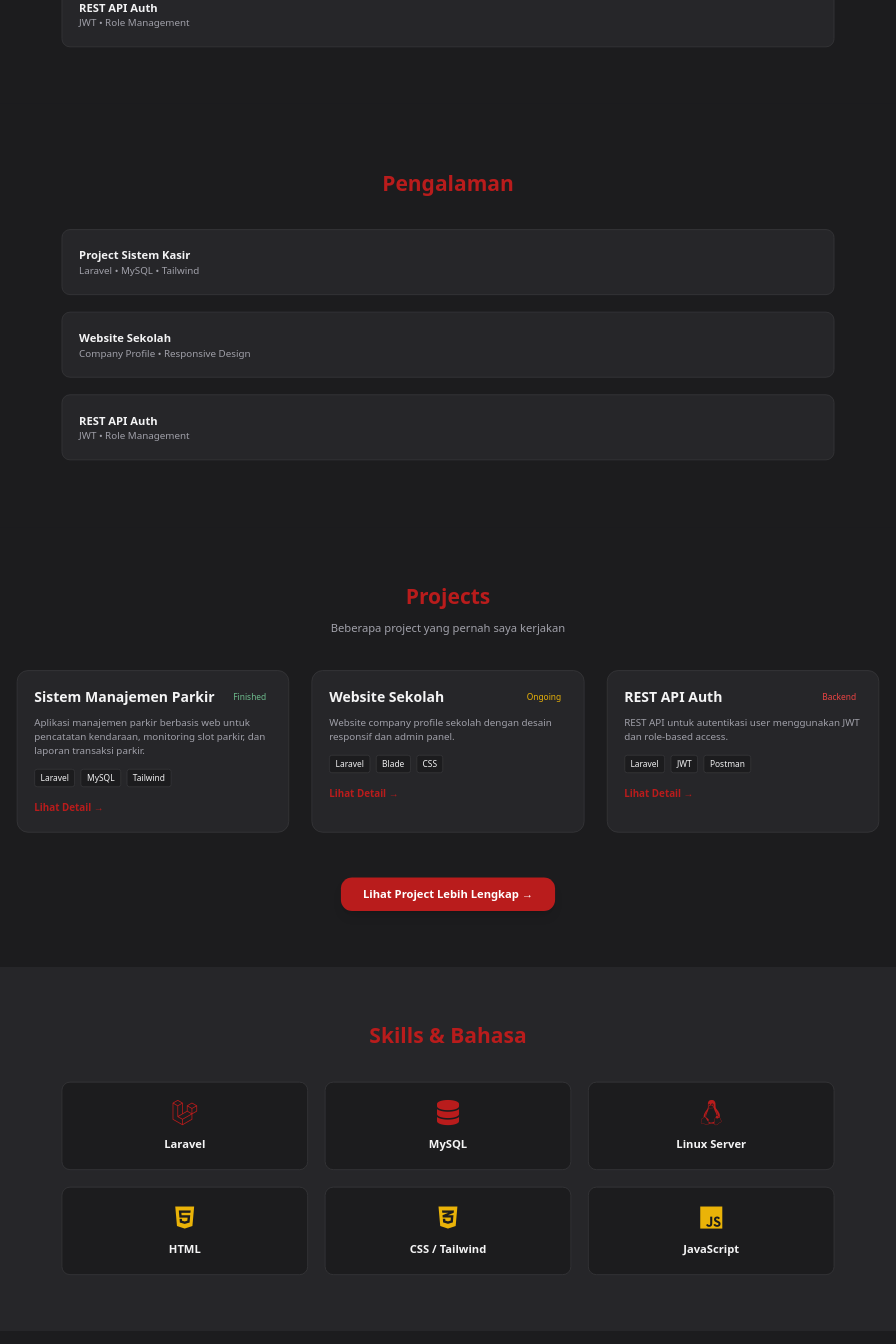
Repository: Fadlan079/Personal-Portfolio
Page: http://localhost/
The author's editor kept a copy of each file at every save. The page is drawn from the files as they stood at one save, then again after the next save.
The browser window is 1280 px wide. The pictures show the part of the page from y = 1418 to 3338 px (the page is 4366 px tall before and 4636 px after), at 70% of full size.
Some web libraries are served in a nearby version. The page is served by the project's Laravel application, run on PHP 8.4 with Laravel 12. Other server files are loaded and not shown.

Above is the page before, as saved 2026-01-15 09:14:18.

### routes/web.php
<?php

use Illuminate\Support\Facades\Route;
use App\Http\Controllers\ProjectController;

// Route::get('/', function () {
//     return view('welcome');
// });

Route::get('/', function () {
    return view('portofolio');
});

// Route::get('/project', function () {
//     return view('project');
// });

Route::get('/project', [ProjectController::class, 'index']);

### resources/views/portofolio.blade.php
<!DOCTYPE html>
<html lang="id">
<head>
  <meta charset="UTF-8" />
  <meta name="viewport" content="width=device-width, initial-scale=1.0" />
  <title>Portfolio | Fadlan</title>
  <script src="https://cdn.tailwindcss.com"></script>
  <link rel="stylesheet" href="https://cdnjs.cloudflare.com/ajax/libs/font-awesome/6.5.1/css/all.min.css"/>
  <script>
    tailwind.config = {
      theme: {
        extend: {
          colors: {
            bg: 'var(--color-bg)',
            surface: 'var(--color-surface)',
            border: 'var(--color-border)',
            text: 'var(--color-text)',
            muted: 'var(--color-muted)',
            primary: 'var(--color-primary)',
            success: 'var(--color-success)',
            danger: 'var(--color-danger)',
            warning: 'var(--color-warning)',
          }
        }
      }
    }
  </script>
  <style>
    :root {
      --color-bg: #1c1c1e;
      --color-surface: #262629;
      --color-border: #3a3a3d;
      --color-text: #f4f4f5;
      --color-muted: #a1a1aa;
      --color-primary: #b91c1c;
      --color-success: #6fbf8f;
      --color-danger:  #ef4444;
      --color-warning: #eab308;
    }

    html {
      scroll-behavior: smooth;
    }

* {
  scrollbar-width: thin;
  scrollbar-color: #ef4444 transparent;
}

::-webkit-scrollbar {
  width: 10px;
}

::-webkit-scrollbar-track {
  background: transparent;
}

::-webkit-scrollbar-thumb {
  background: linear-gradient(
    180deg,
    #ef4444,
    #dc2626
  );
  border-radius: 999px;
  border: 2px solid transparent;
  background-clip: content-box;
}

::-webkit-scrollbar-thumb:hover {
  background: linear-gradient(
    180deg,
    #f87171,
    #ef4444
  );
}

  </style>
</head>

<body class="bg-bg text-text">
  <header> @include('components.header') </header>
  <main>
    <section id="home" class="relative min-h-screen flex items-center px-6 overflow-hidden">  @include('sections.hero')</section>
    <section id="about" class="py-20 bg-surface">@include('sections.about')</section>
    <section id="experience" class="py-20">@include('sections.experience')</section>
    <section id="education" class="py-24 bg-bg">@include('sections.experience')</section>
  </main>




<!-- Projects -->
<section id="projects" class="py-20 bg-bg">
  <div class="max-w-7xl mx-auto px-6">
    <h3 class="text-3xl font-bold text-center mb-4 text-primary">Projects</h3>
    <p class="text-muted text-center mb-12">
      Beberapa project yang pernah saya kerjakan
    </p>

    <div class="grid md:grid-cols-3 gap-8">

<!-- Project Card -->
<div class="bg-surface border border-border rounded-2xl p-6 hover:-translate-y-2 transition">
  <div class="flex justify-between items-center mb-3">
    <h4 class="text-xl font-semibold">Sistem Manajemen Parkir</h4>
    <span class="text-xs px-2 py-1 rounded bg-success/20 text-success">
      Finished
    </span>
  </div>

  <p class="text-muted text-sm mb-4">
    Aplikasi manajemen parkir berbasis web untuk pencatatan kendaraan,
    monitoring slot parkir, dan laporan transaksi parkir.
  </p>

  <!-- Tech Stack -->
  <div class="flex flex-wrap gap-2 text-xs mb-4">
    <span class="px-2 py-1 bg-bg border border-border rounded">Laravel</span>
    <span class="px-2 py-1 bg-bg border border-border rounded">MySQL</span>
    <span class="px-2 py-1 bg-bg border border-border rounded">Tailwind</span>
  </div>

  <!-- Action -->
  <a href="https://github.com/Fadlan079/Sistem-Manajemen-Parkir.git" class="text-primary text-sm font-semibold hover:underline">
    Lihat Detail →
  </a>
</div>


      <!-- Project Card -->
      <div class="bg-surface border border-border rounded-2xl p-6 hover:-translate-y-2 transition">
        <div class="flex justify-between items-center mb-3">
          <h4 class="text-xl font-semibold">Website Sekolah</h4>
          <span class="text-xs px-2 py-1 rounded bg-warning/20 text-warning">
            Ongoing
          </span>
        </div>

        <p class="text-muted text-sm mb-4">
          Website company profile sekolah dengan desain responsif
          dan admin panel.
        </p>

        <div class="flex flex-wrap gap-2 text-xs mb-4">
          <span class="px-2 py-1 bg-bg border border-border rounded">Laravel</span>
          <span class="px-2 py-1 bg-bg border border-border rounded">Blade</span>
          <span class="px-2 py-1 bg-bg border border-border rounded">CSS</span>
        </div>

        <a href="#" class="text-primary text-sm font-semibold hover:underline">
          Lihat Detail →
        </a>
      </div>

      <!-- Project Card -->
      <div class="bg-surface border border-border rounded-2xl p-6 hover:-translate-y-2 transition">
        <div class="flex justify-between items-center mb-3">
          <h4 class="text-xl font-semibold">REST API Auth</h4>
          <span class="text-xs px-2 py-1 rounded bg-danger/20 text-danger">
            Backend
          </span>
        </div>

        <p class="text-muted text-sm mb-4">
          REST API untuk autentikasi user menggunakan JWT
          dan role-based access.
        </p>

        <div class="flex flex-wrap gap-2 text-xs mb-4">
          <span class="px-2 py-1 bg-bg border border-border rounded">Laravel</span>
          <span class="px-2 py-1 bg-bg border border-border rounded">JWT</span>
          <span class="px-2 py-1 bg-bg border border-border rounded">Postman</span>
        </div>

        <a href="#" class="text-primary text-sm font-semibold hover:underline">
          Lihat Detail →
        </a>
      </div>

    </div>
    <!-- Button Lihat Project Lengkap -->
    <div class="mt-16 flex justify-center">
    <a
        href="project"
        class="px-8 py-3 rounded-2xl
            bg-primary text-white font-semibold
            hover:bg-primary/90 transition
            shadow-lg shadow-primary/20"
    >
        Lihat Project Lebih Lengkap →
    </a>
    </div>

  </div>
</section>


<!-- Skills -->
<section id="skills" class="py-20 bg-surface">
  <div class="max-w-6xl mx-auto px-6">
    <h3 class="text-3xl font-bold mb-12 text-primary text-center">Skills & Bahasa</h3>

    <div class="grid md:grid-cols-3 gap-6 text-center">
      <div class="bg-bg border border-border rounded-xl p-6">
        <i class="fa-brands fa-laravel text-4xl text-primary mb-3"></i>
        <h4 class="font-semibold">Laravel</h4>
      </div>
      <div class="bg-bg border border-border rounded-xl p-6">
        <i class="fa-solid fa-database text-4xl text-primary mb-3"></i>
        <h4 class="font-semibold">MySQL</h4>
      </div>
      <div class="bg-bg border border-border rounded-xl p-6">
        <i class="fa-brands fa-linux text-4xl text-primary mb-3"></i>
        <h4 class="font-semibold">Linux Server</h4>
      </div>
      <div class="bg-bg border border-border rounded-xl p-6">
        <i class="fa-brands fa-html5 text-4xl text-warning mb-3"></i>
        <h4 class="font-semibold">HTML</h4>
      </div>
      <div class="bg-bg border border-border rounded-xl p-6">
        <i class="fa-brands fa-css3-alt text-4xl text-warning mb-3"></i>
        <h4 class="font-semibold">CSS / Tailwind</h4>
      </div>
      <div class="bg-bg border border-border rounded-xl p-6">
        <i class="fa-brands fa-js text-4xl text-warning mb-3"></i>
        <h4 class="font-semibold">JavaScript</h4>
      </div>
    </div>
  </div>
</section>

<!-- Contact -->
<section id="contact" class="py-24 bg-bg">
  <div class="max-w-5xl mx-auto px-6">

    <!-- Heading -->
    <div class="text-center mb-14">
      <h3 class="text-4xl font-extrabold mb-3">
        Kontak <span class="text-primary">Saya</span>
      </h3>
      <p class="text-muted max-w-2xl mx-auto">
        Tertarik kerja sama, project freelance, atau diskusi seputar web & Laravel?
        Hubungi saya melalui platform di bawah ini.
      </p>
    </div>

    <!-- Contact Cards -->
    <div class="grid sm:grid-cols-2 gap-6">

      <!-- Email -->
      <a href="mailto:fadlanfirdaus220@gmail.com"
         class="group bg-surface border border-border rounded-2xl p-6
                flex items-center gap-5
                hover:border-primary hover:-translate-y-1 transition">
        <div class="w-14 h-14 rounded-xl flex items-center justify-center
                    bg-primary/20 text-primary text-xl">
          <i class="fa-solid fa-envelope"></i>
        </div>
        <div>
          <p class="text-sm text-muted">Email</p>
          <p class="font-semibold group-hover:text-primary transition">
            fadlanfirdaus220@gmail.com
          </p>
        </div>
      </a>

      <!-- GitHub -->
      <a href="https://github.com/Fadlan079" target="_blank"
         class="group bg-surface border border-border rounded-2xl p-6
                flex items-center gap-5
                hover:border-primary hover:-translate-y-1 transition">
        <div class="w-14 h-14 rounded-xl flex items-center justify-center
                    bg-primary/20 text-primary text-xl">
          <i class="fa-brands fa-github"></i>
        </div>
        <div>
          <p class="text-sm text-muted">GitHub</p>
          <p class="font-semibold group-hover:text-primary transition">
            github.com/Fadlan079
          </p>
        </div>
      </a>

      <!-- Phone -->
      <a href="tel:082210732928"
         class="group bg-surface border border-border rounded-2xl p-6
                flex items-center gap-5
                hover:border-primary hover:-translate-y-1 transition">
        <div class="w-14 h-14 rounded-xl flex items-center justify-center
                    bg-primary/20 text-primary text-xl">
          <i class="fa-solid fa-phone"></i>
        </div>
        <div>
          <p class="text-sm text-muted">WhatsApp / Phone</p>
          <p class="font-semibold group-hover:text-primary transition">
            0822-1073-2928
          </p>
        </div>
      </a>

      <!-- Instagram -->
      <a href="https://instagram.com/fdln007" target="_blank"
         class="group bg-surface border border-border rounded-2xl p-6
                flex items-center gap-5
                hover:border-primary hover:-translate-y-1 transition">
        <div class="w-14 h-14 rounded-xl flex items-center justify-center
                    bg-primary/20 text-primary text-xl">
          <i class="fa-brands fa-instagram"></i>
        </div>
        <div>
          <p class="text-sm text-muted">Instagram</p>
          <p class="font-semibold group-hover:text-primary transition">
            @fdln007
          </p>
        </div>
      </a>

    </div>

    <!-- CTA -->
    <div class="text-center mt-16">
      <p class="text-muted mb-4">
        Siap berkolaborasi dan membangun aplikasi bersama?
      </p>
      <a href="mailto:fadlanfirdaus220@gmail.com"
         class="inline-block px-8 py-3 bg-primary text-white
                rounded-2xl font-semibold
                hover:opacity-90 transition shadow-lg shadow-primary/30">
        Hubungi Sekarang
      </a>
    </div>

  </div>
</section>


<!-- Footer -->
<footer class="relative border-t border-border bg-bg">
  <!-- Glow -->
  <div class="absolute inset-0 -z-10">
    <div class="absolute bottom-0 left-1/2 -translate-x-1/2
                w-[400px] h-[400px]
                bg-primary/20 blur-[120px] rounded-full"></div>
  </div>

  <div class="max-w-7xl mx-auto px-6 py-14 grid gap-10 md:grid-cols-3">

    <!-- Brand -->
    <div>
      <h3 class="text-xl font-bold text-primary mb-3">Fadlan.dev</h3>
      <p class="text-muted leading-relaxed">
        Full Stack Developer yang fokus pada pengembangan
        aplikasi web modern menggunakan Laravel,
        frontend responsif, dan backend yang scalable.
      </p>
    </div>

    <!-- Quick Links -->
    <div>
      <h4 class="font-semibold mb-4 text-text">Quick Links</h4>
      <ul class="space-y-2 text-muted text-sm">
        <li>
          <a href="#home" class="hover:text-primary transition">Home</a>
        </li>
        <li>
          <a href="#projects" class="hover:text-primary transition">Projects</a>
        </li>
        <li>
          <a href="#contact" class="hover:text-primary transition">Contact</a>
        </li>
      </ul>
    </div>

    <!-- Social -->
    <div>
      <h4 class="font-semibold mb-4 text-text">Connect</h4>
      <div class="flex gap-4">
        <a href="https://github.com/Fadlan079" target="_blank"
           class="w-10 h-10 rounded-xl border border-border
                  flex items-center justify-center
                  text-muted hover:text-primary hover:border-primary
                  transition">
          <i class="fa-brands fa-github"></i>
        </a>
        <a href="https://instagram.com/fdln007" target="_blank"
           class="w-10 h-10 rounded-xl border border-border
                  flex items-center justify-center
                  text-muted hover:text-primary hover:border-primary
                  transition">
          <i class="fa-brands fa-instagram"></i>
        </a>
        <a href="mailto:fadlanfirdaus220@gmail.com"
           class="w-10 h-10 rounded-xl border border-border
                  flex items-center justify-center
                  text-muted hover:text-primary hover:border-primary
                  transition">
          <i class="fa-solid fa-envelope"></i>
        </a>
      </div>
    </div>

  </div>

  <!-- Bottom -->
  <div class="border-t border-border text-center py-4 text-muted text-sm">
    © 2026 <span class="text-text font-semibold">Fadlan Firdaus</span>.
    Built with <span class="text-primary">Laravel</span> & Tailwind CSS.
  </div>
</footer>


</body>
</html>

### resources/views/components/header.blade.php
<nav class="fixed w-full bg-bg/80 backdrop-blur border-b border-border z-50">
  <div class="max-w-7xl mx-auto px-6 py-4 flex justify-between items-center">
    <h1 class="text-xl font-bold text-primary">Fadlan.dev</h1>
    <ul class="flex gap-6 text-sm">
      <li class="relative group">
        <a href="#home">Home</a>
        <span class="absolute left-0 -bottom-1 h-[2px] w-0 bg-primary transition-all group-hover:w-full"></span>
      </li>
      <li class="relative group">
        <a href="#about">About</a>
        <span class="absolute left-0 -bottom-1 h-[2px] w-0 bg-primary transition-all group-hover:w-full"></span>
      </li>
      <li class="relative group">
        <a href="#experience">Experience</a>
        <span class="absolute left-0 -bottom-1 h-[2px] w-0 bg-primary transition-all group-hover:w-full"></span>
      </li>
        <li class="relative group">
        <a href="#projects">Project</a>
        <span class="absolute left-0 -bottom-1 h-[2px] w-0 bg-primary transition-all group-hover:w-full"></span>
      </li>
      <li class="relative group">
        <a href="#skills">Skills</a>
        <span class="absolute left-0 -bottom-1 h-[2px] w-0 bg-primary transition-all group-hover:w-full"></span>
      </li>
      <li class="relative group">
        <a href="#contact">Contact</a>
        <span class="absolute left-0 -bottom-1 h-[2px] w-0 bg-primary transition-all group-hover:w-full"></span>
      </li>
    </ul>
  </div>
</nav>

### resources/views/sections/about.blade.php
<div class="max-w-6xl mx-auto px-6">
<h3 class="text-3xl font-bold mb-6 text-primary">Tentang Saya</h3>
<p class="text-muted leading-relaxed max-w-3xl">
    Saya pelajar SMK jurusan PPLG dengan minat besar di bidang
    <strong>Full Stack Development</strong>. Terbiasa membangun aplikasi
    Laravel, REST API, database MySQL, serta deployment ke server Linux.
</p>
</div>

### resources/views/sections/experience.blade.php
<div class="max-w-6xl mx-auto px-6">
<h3 class="text-3xl font-bold mb-12 text-primary text-center">Pengalaman</h3>
<div class="space-y-6">
    <div class="bg-surface border border-border rounded-xl p-6">
    <h4 class="font-semibold">Project Sistem Kasir</h4>
    <p class="text-muted text-sm">Laravel • MySQL • Tailwind</p>
    </div>
    <div class="bg-surface border border-border rounded-xl p-6">
    <h4 class="font-semibold">Website Sekolah</h4>
    <p class="text-muted text-sm">Company Profile • Responsive Design</p>
    </div>
    <div class="bg-surface border border-border rounded-xl p-6">
    <h4 class="font-semibold">REST API Auth</h4>
    <p class="text-muted text-sm">JWT • Role Management</p>
    </div>
</div>
</div>

### resources/views/sections/education.blade.php
<div class="max-w-6xl mx-auto px-6">
<div class="mb-16 text-center">
    <h3 class="text-4xl font-extrabold">
    Pendidikan
    <span class="text-primary">Saya</span>
    </h3>
    <p class="text-muted mt-3 max-w-2xl mx-auto">
    Latar belakang pendidikan yang membentuk skill teknis
    dan minat saya di dunia pengembangan web.
    </p>
</div>

<div class="relative pl-8 md:pl-12">

    <div class="absolute left-3 top-0 h-full w-[2px] bg-border"></div>

    <div class="relative mb-12">
    <div class="absolute -left-[2px] top-2">
        <span
        class="block w-4 h-4 rounded-full bg-primary
                shadow-lg shadow-primary/40">
        </span>
    </div>
    <div
        class="bg-surface border border-border rounded-2xl p-6
                hover:-translate-y-1 transition"
    >
        <div class="flex flex-wrap items-center gap-3 mb-2">
        <h4 class="text-xl font-semibold">
            SMK – PPLG (Pengembangan Perangkat Lunak & Gim)
        </h4>
        <span
            class="text-xs px-3 py-1 rounded-full
                    bg-success/20 text-success"
        >
            Aktif
        </span>
        </div>

        <p class="text-sm text-muted mb-3">
        2023 – Sekarang
        </p>

        <p class="text-muted leading-relaxed">
        Mendalami pengembangan web modern dengan
        <strong class="text-text">Laravel</strong>,
        REST API, database MySQL, Tailwind CSS,
        serta deployment ke Linux server.
        </p>
    </div>
    </div>

    <div class="relative mb-12">
    <div class="absolute -left-[2px] top-2">
        <span
        class="block w-4 h-4 rounded-full bg-primary/70
                shadow-lg shadow-primary/30">
        </span>
    </div>

    <div
        class="bg-surface border border-border rounded-2xl p-6
                hover:-translate-y-1 transition"
    >
        <h4 class="text-xl font-semibold mb-1">
        Sekolah Menengah Pertama (SMP)
        </h4>

        <p class="text-sm text-muted mb-3">
        2020 – 2023
        </p>

        <p class="text-muted leading-relaxed">
        Mulai tertarik dengan dunia IT, komputer,
        dan belajar logika pemrograman dasar secara mandiri.
        </p>
    </div>
    </div>

    <div class="relative">
    <div class="absolute -left-[2px] top-2">
        <span
        class="block w-4 h-4 rounded-full bg-primary/40
                shadow-lg shadow-primary/20">
        </span>
    </div>

    <div
        class="bg-surface border border-border rounded-2xl p-6
                hover:-translate-y-1 transition"
    >
        <h4 class="text-xl font-semibold mb-1">
        Sekolah Dasar (SD)
        </h4>

        <p class="text-sm text-muted mb-3">
        2014 – 2020
        </p>

        <p class="text-muted leading-relaxed">
        Pendidikan dasar dan awal mengenal komputer
        serta teknologi digital.
        </p>
    </div>
    </div>

</div>
</div>

Loaded but not shown: resources/views/sections/hero.blade.php (143 lines, source omitted)

After the next save:
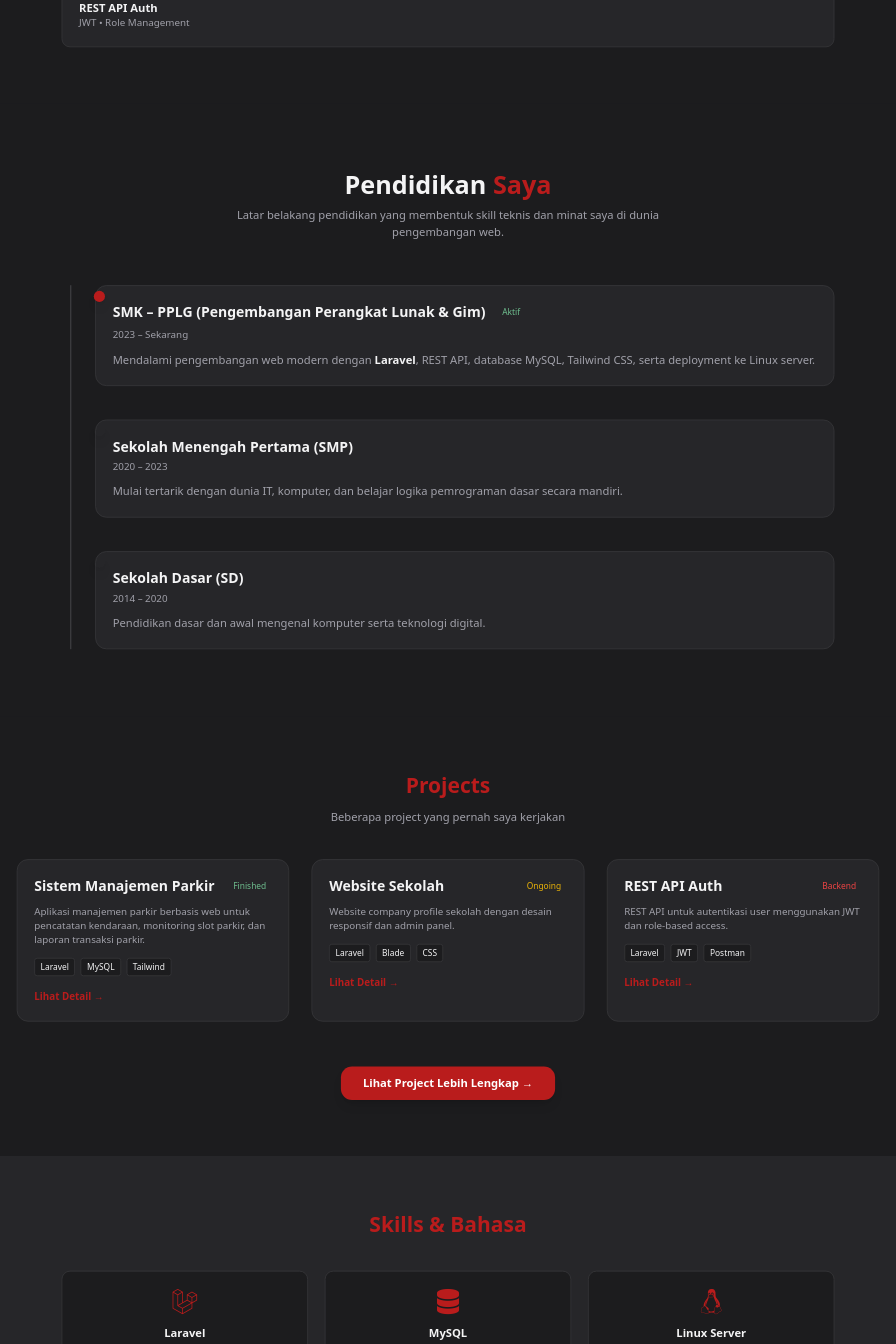
Saved 4 s later.
--- a/resources/views/portofolio.blade.php
+++ b/resources/views/portofolio.blade.php
@@ -83,7 +83,7 @@
     <section id="home" class="relative min-h-screen flex items-center px-6 overflow-hidden">  @include('sections.hero')</section>
     <section id="about" class="py-20 bg-surface">@include('sections.about')</section>
     <section id="experience" class="py-20">@include('sections.experience')</section>
-    <section id="education" class="py-24 bg-bg">@include('sections.experience')</section>
+    <section id="education" class="py-24 bg-bg">@include('sections.education')</section>
   </main>
 
 
